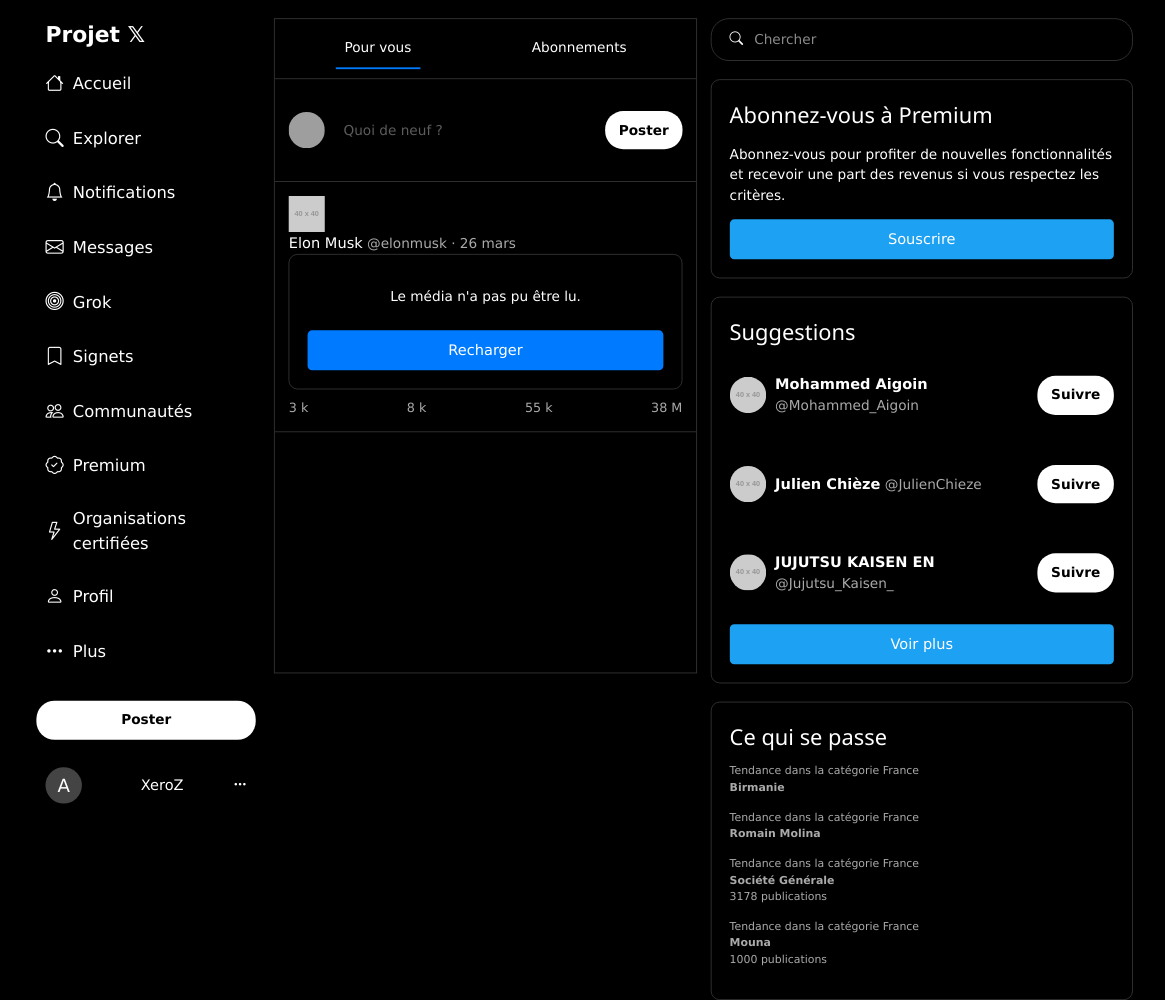
Repository: barriefl/ProjetX_BARRIER_MAULINE_MARQUES-FELIX_SERVONNET
Page: web/front/main.html
The author's editor kept a copy of each file at every save. The page is drawn from the files as they stood at one save, then again after the next save.
The browser window is 1280 px wide. The pictures show the whole page, at 91% of full size.
Pictures or frames that could not be fetched are drawn as grey boxes.

Above is the page before, as saved 2025-03-31 10:07:36.

After the next save:
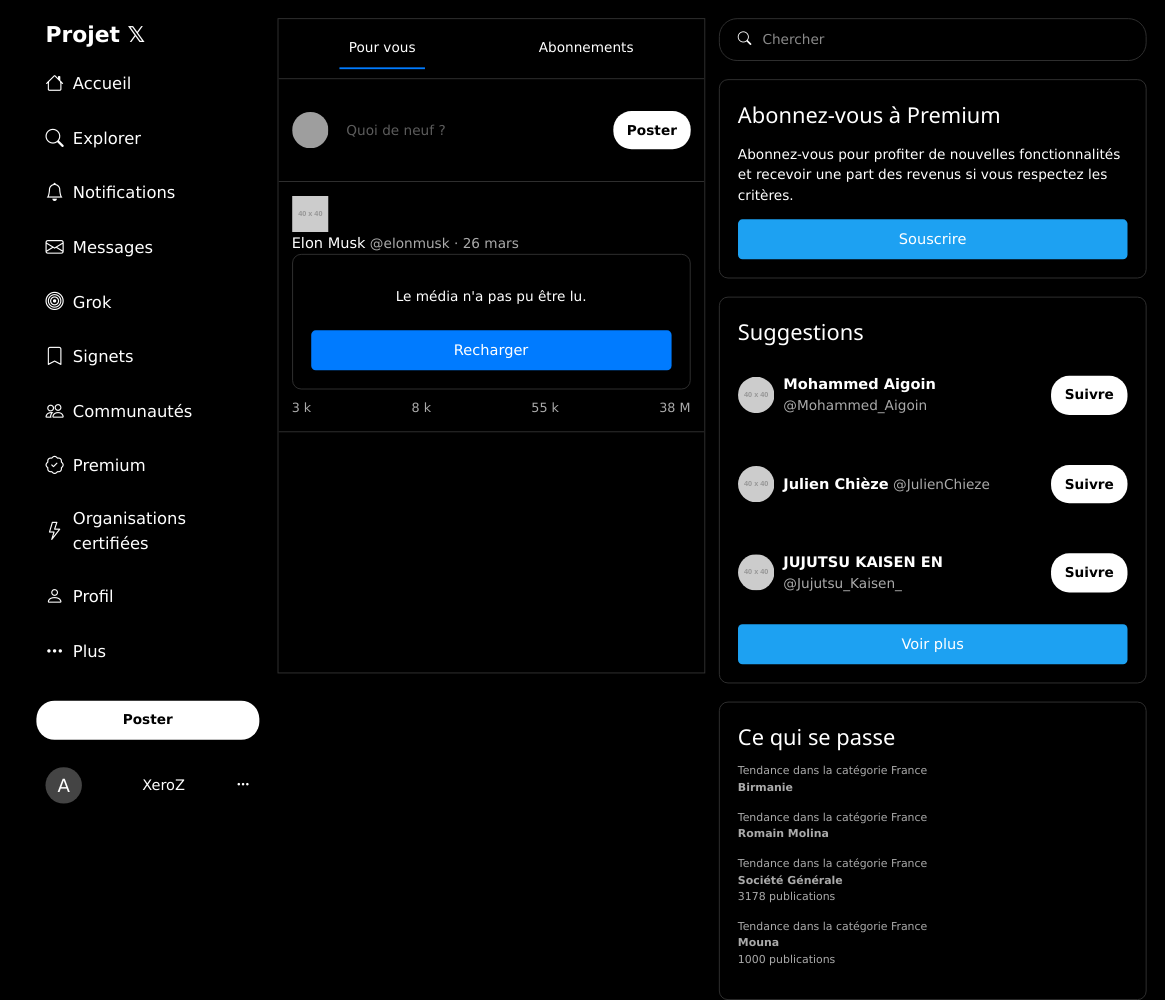
Saved 18 s later.
--- a/web/front/style/main.css
+++ b/web/front/style/main.css
@@ -220,7 +220,6 @@
 .right-sidebar {
     width: 500px;
     max-height: 100vh;
-    margin-right: 15px;
 }
 
  .search-bar {
